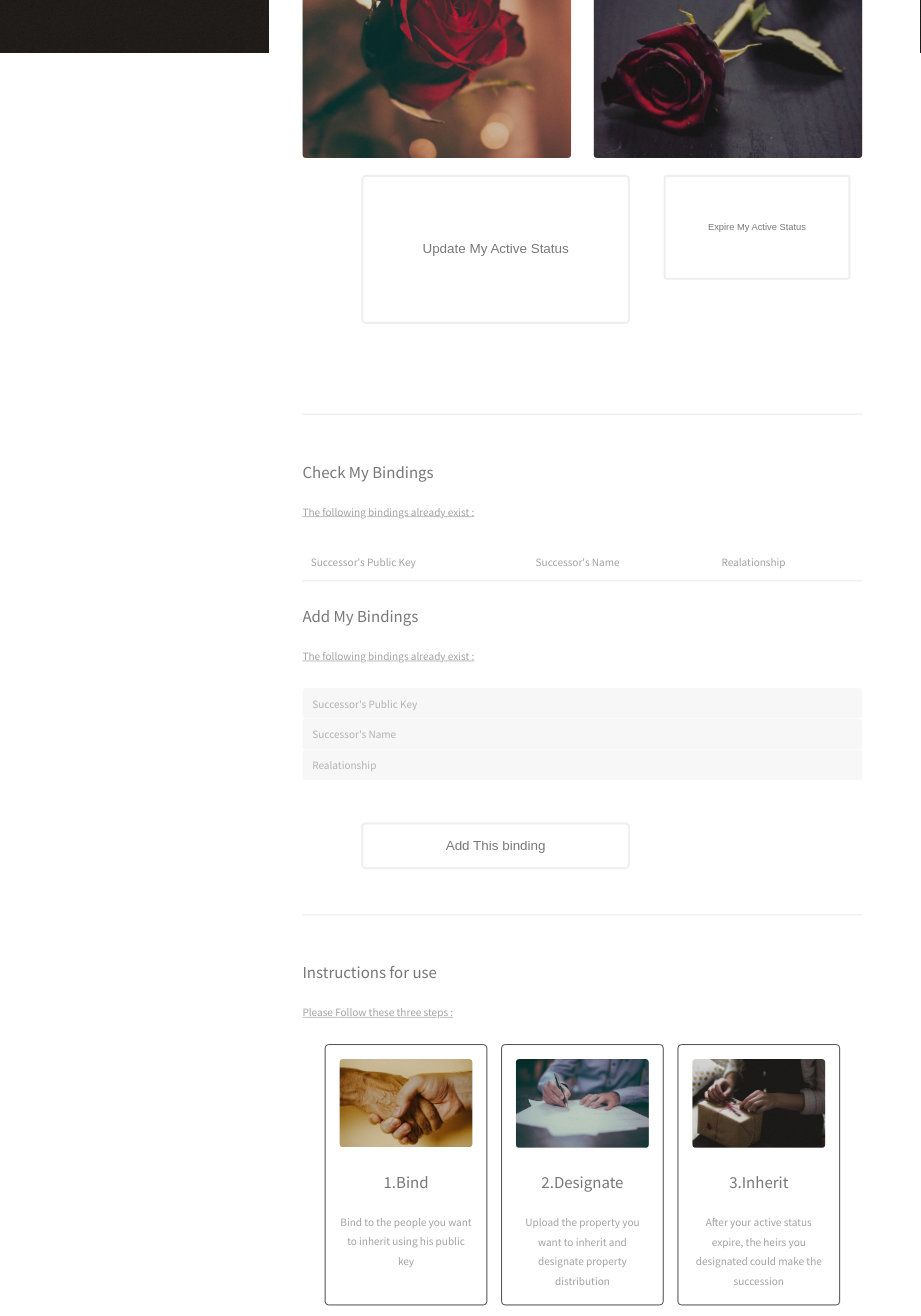
Repository: 1mocat/DID-blockchain-project
Page: Digital_I_D/app/src/myaccount.html
The author's editor kept a copy of each file at every save. The page is drawn from the files as they stood at one save, then again after a run of saves.
The browser window is 1280 px wide. The page is 1315 px wide, so the pictures cover 1315 px, including what lies to the right of the window. The pictures show the part of the page from y = 644 to 2524 px (the page is 2589 px tall before and 2555 px after), at 70% of full size.

Above is the page before, as saved 2023-10-03 13:06:09.

After the next 2 saves:
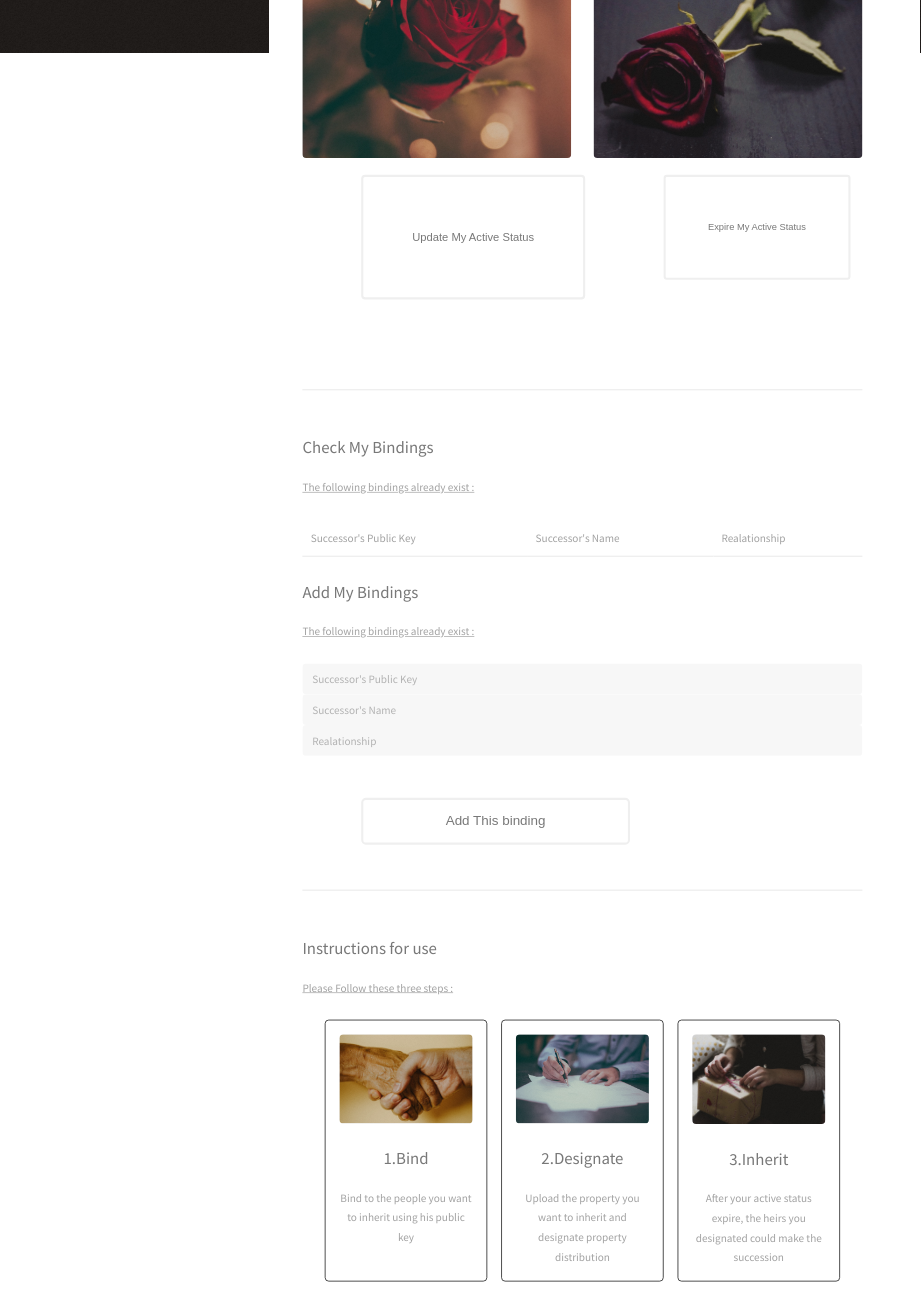
The 2 saves are shown as one change because they came seconds apart.
The last was saved 14 s later.
--- a/Digital_I_D/app/src/myaccount.html
+++ b/Digital_I_D/app/src/myaccount.html
@@ -122,7 +122,7 @@
 				<article class="col-6 col-12-xsmall work-item">
 					<a href="images/bloom.jpg" class="image fit thumb"><img src="images/bloom.jpg" alt="" /></a>
 					<ul class="actions">
-						<button onclick="" class="button custom-button-left" style="font-size: 1.2em;">Update My Active Status</button>
+						<button onclick="" class="button custom-button-left" style="font-size: 1.0em;">Update My Active Status</button>
 
 					</ul>
 
